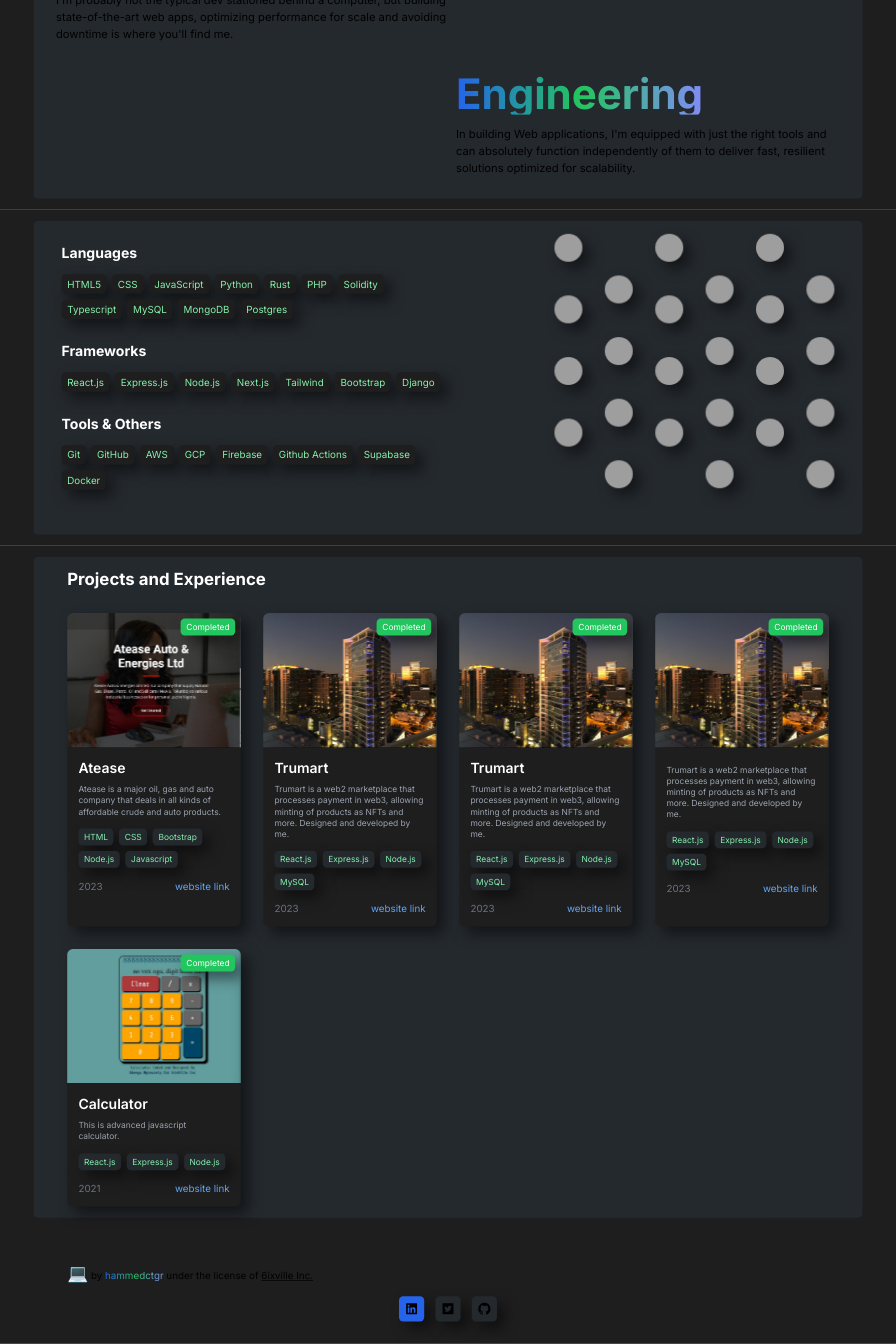
Repository: muhammedctgr/hammedctgr
Page: /
The author's editor kept a copy of each file at every save. The page is drawn from the files as they stood at one save, then again after the next save.
The browser window is 1280 px wide. The pictures show the part of the page from y = 744 to 2664 px (the page is 2664 px tall), at 70% of full size.
Pictures or frames that could not be fetched are drawn as grey boxes. The project was rebuilt for these pictures with package versions that can differ from the ones it lists, and the page was loaded fresh each time. The framework's server and built-in components were replaced by stand-ins that run in the browser. Also part of the build but not shown: next.config.mjs.

Above is the page before, as saved 2024-08-17 09:49:43.

After the next save:
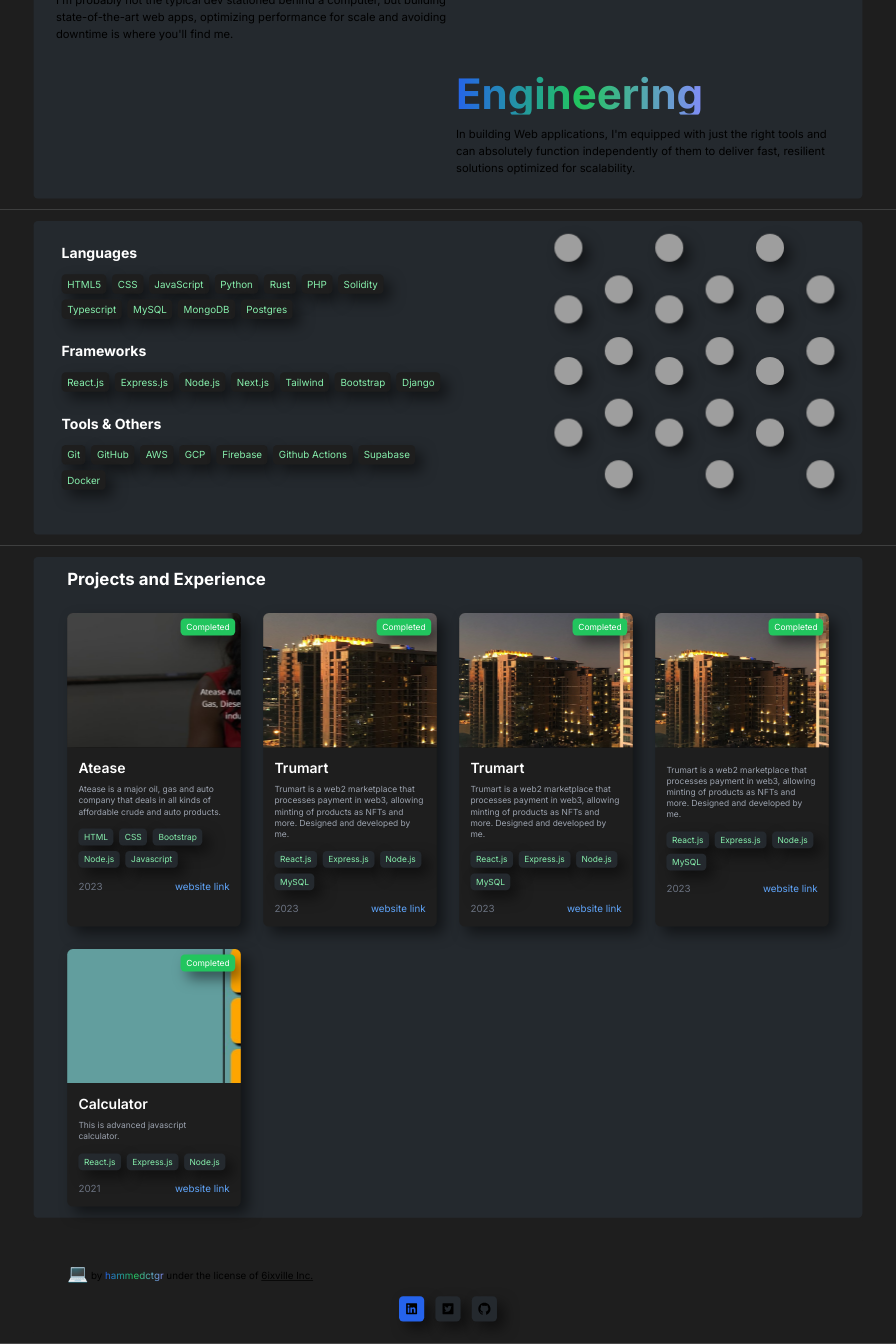
Saved 54 min 32 s later.
--- a/components/ProjectsSection.tsx
+++ b/components/ProjectsSection.tsx
@@ -68,7 +68,7 @@ const ProjectsSection: FC = () => {
           {projects.map((project, index) => (
             <div key={index} className="bg-gptGray rounded-lg overflow-hidden shadow-deep-all transform transition-transform duration-300 hover:scale-105 ">
               <div className="relative w-full h-48 overflow-hidden">
-                <div className="absolute inset-0 flex animate-slide infinite-scroll">
+                <div className="absolute inset-0 flex animate-slide infinite-scroll" style={{ width: `${project.images.length * 100}%` }}>
                   {project.images.map((image, i) => (
                     <img key={i} src={image} alt={`${project.title} image ${i + 2}`} className="w-full h-full object-cover shadow-deep-all" />
                   ))}
